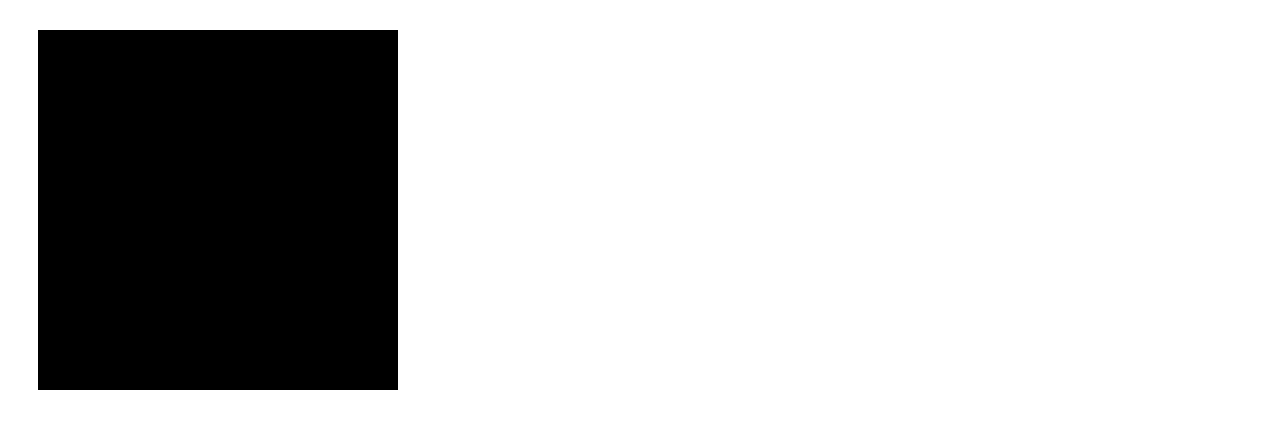
Repository: 44641/chapter9_exercise
Page: box/box.html
The author's editor kept a record of every edit. The page is drawn from the files as they stood at one moment, then again after the next edit.
The browser window is 1280 px wide. The pictures show the whole page.

Above is the page before.

### box/box.html
<!DOCTYPE html>
<html lang="ja">
  <head>
    <meta charset="UTF-8" />
    <!-- CSSファイル読み込み -->
    <link rel="stylesheet" href="box.css" />
    <title>BOX</title>
  </head>

  <body>
    <!-- box1用のdiv -->
    <div class="box1"></div>
  </body>
</html>

### box/box.css
.box1 {
  width: 300px;
  height: 300px;
  background-color: #000000;
  margin: 30px;
  padding: 30px;
}

.box2 {
  width: 100px;
  height: 100px;
  background-color: blue;
  border: 5px solid yellow;
}

After the next edit:
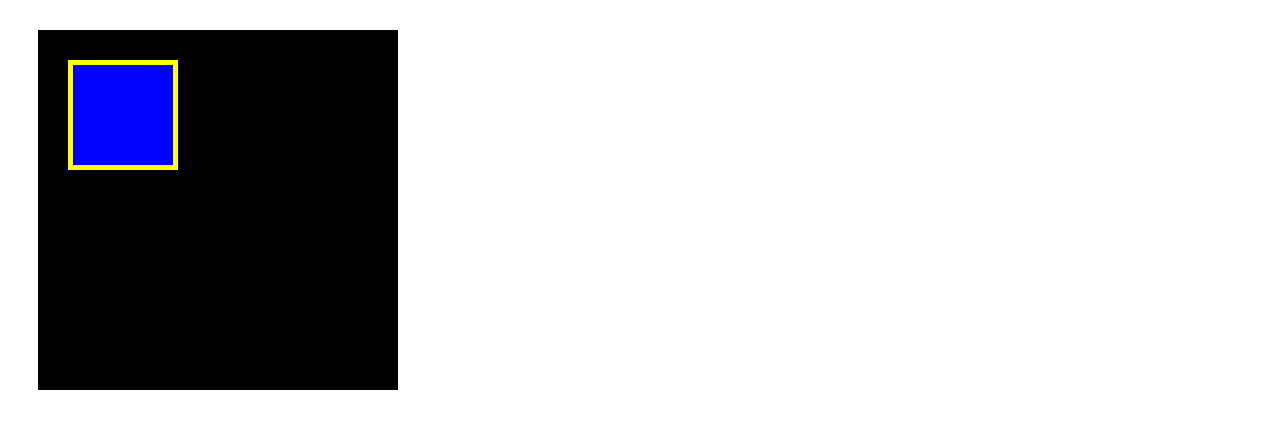
The edit:
--- a/box/box.html
+++ b/box/box.html
@@ -7,8 +7,10 @@
     <title>BOX</title>
   </head>
 
-  <body>
+ <body>
     <!-- box1用のdiv -->
-    <div class="box1"></div>
+    <div class="box1">
+      <div class="box2"></div>
+
   </body>
 </html>
